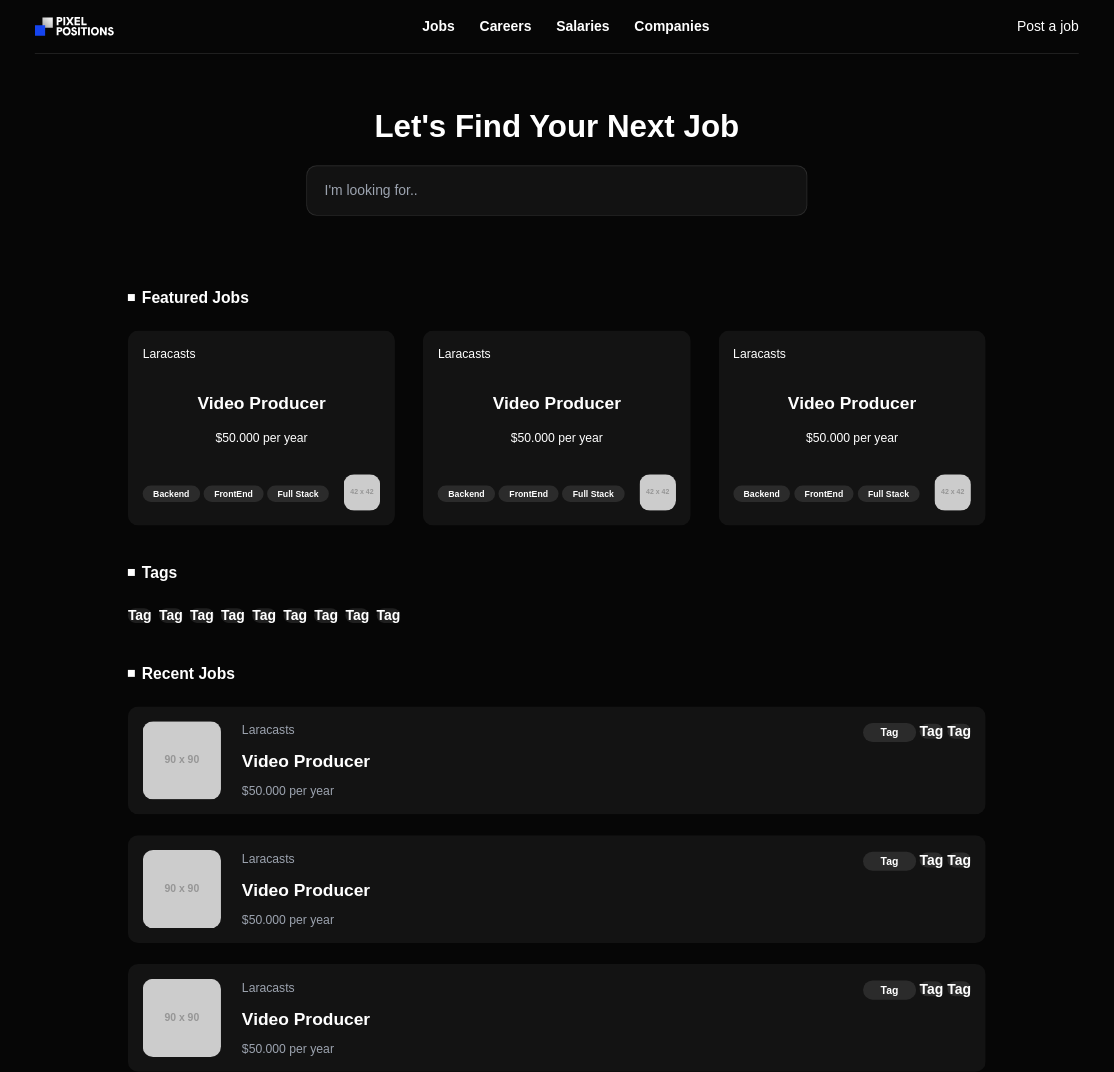
Repository: aggepap/pixel-positions-laravel
Page: resources/views/jobs/index.blade.php
An editor plug-in stored every save of this project. The page is shown before and after the next save, followed by the edit.
The browser window is 1280 px wide. The pictures show the whole page, at 87% of full size.
Some web fonts or font styles are not loaded; a fallback is used. The page is served by the project's Laravel application, run on PHP 8.4 with Laravel 12. Style sheets and scripts are compiled from the project's sources, by tool versions that may differ from the author's. The template is opened directly, without the code that normally fills it, so the values that code supplies are empty.

Above is the page before, as saved 2025-02-22 18:14:17.

After the next save:
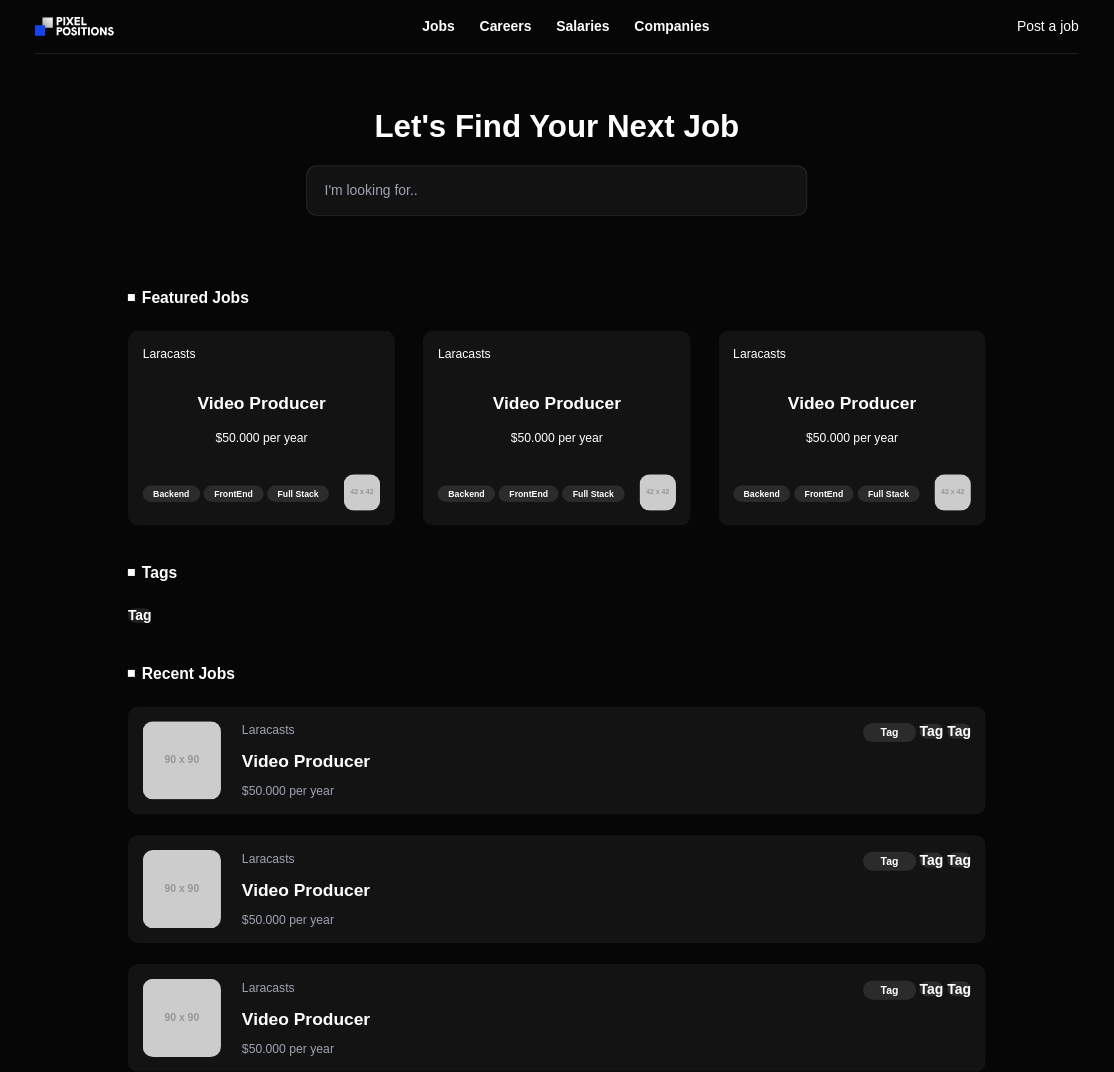
Saved 47 s later.
--- a/resources/views/jobs/index.blade.php
+++ b/resources/views/jobs/index.blade.php
@@ -21,14 +21,7 @@
 
        <div class="mt-6 space-x-1">
         <x-tag>Tag</x-tag>
-        <x-tag>Tag</x-tag>
-        <x-tag>Tag</x-tag>
-        <x-tag>Tag</x-tag>
-        <x-tag>Tag</x-tag>
-        <x-tag>Tag</x-tag>
-        <x-tag>Tag</x-tag>
-        <x-tag>Tag</x-tag>
-        <x-tag>Tag</x-tag>
+
        </div>
     </section>
    <section>
